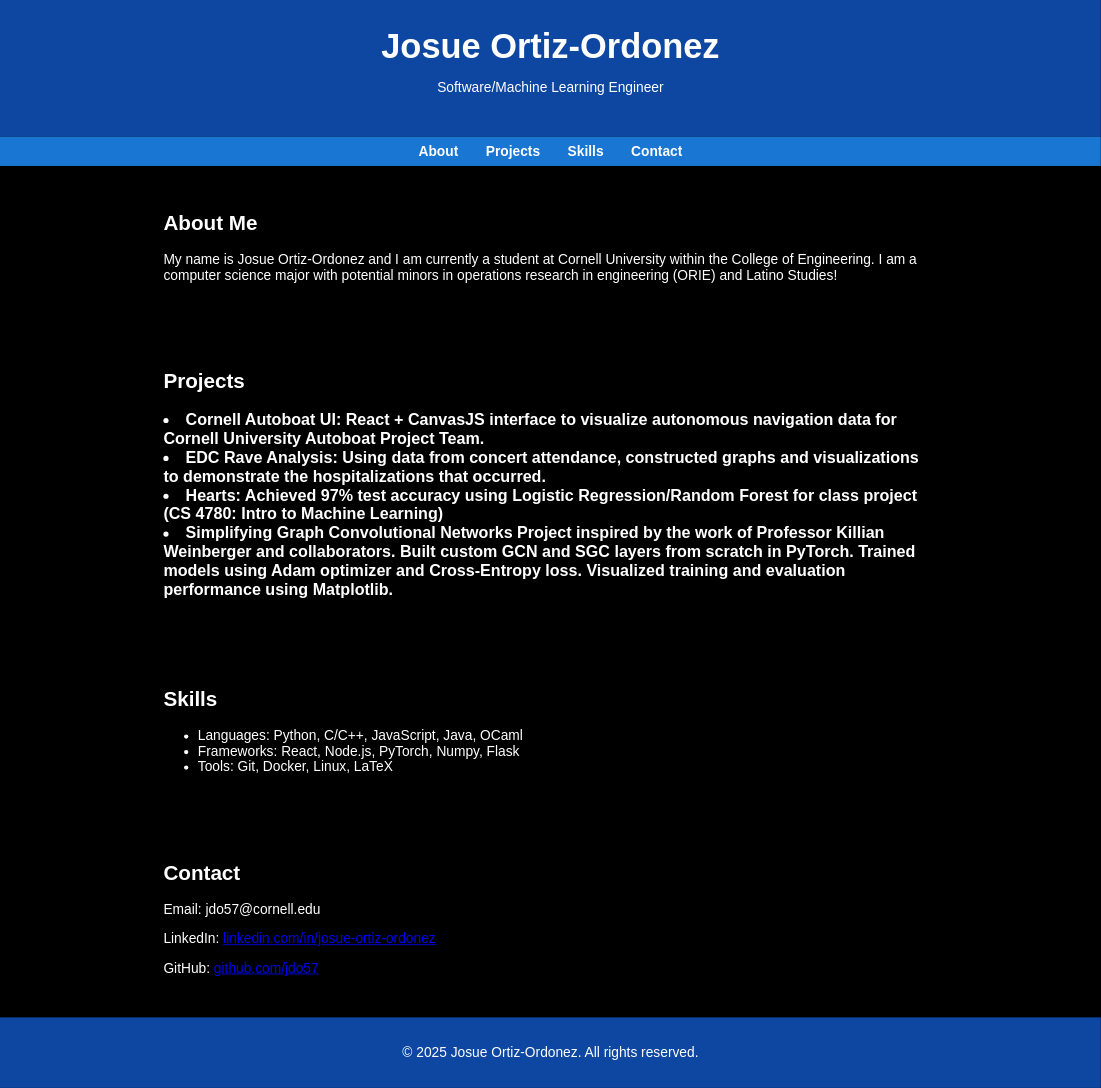
Repository: jdo57/Website
Page: index.html
These files come from the project's save history. The page is drawn as it stood at one moment and after a run of saves; the edit follows.
The browser window is 1280 px wide. The pictures show the whole page, at 86% of full size.

Above is the page before, as saved 2025-05-26 16:12:15.

### index.html
<!DOCTYPE html>
<html lang="en">
<head>
  <meta charset="UTF-8" />
  <meta name="viewport" content="width=device-width, initial-scale=1.0" />
  <title>Josue Ortiz-Ordonez | Portfolio</title>
  <style>
    :root {
      --primary-color: #0d47a1;
      --background-color: #000000;
      --text-color: #ffffff;
      --accent-color: #1976d2;
    }

    body {
      margin: 0;
      font-family: Arial, sans-serif;
      background-color: var(--background-color);
      color: var(--text-color);
    }

    header {
      background-color: var(--primary-color);
      padding: 2rem;
      text-align: center;
    }

    header h1 {
      margin: 0;
      font-size: 2.5rem;
    }

    nav {
      display: flex;
      justify-content: center;
      background-color: var(--accent-color);
      padding: 0.5rem;
    }

    nav a {
      margin: 0 1rem;
      color: white;
      text-decoration: none;
      font-weight: bold;
    }

    nav a:hover {
      text-decoration: underline;
    }

    section {
      padding: 2rem;
      max-width: 900px;
      margin: auto;
    }

    footer {
      background-color: var(--primary-color);
      color: white;
      text-align: center;
      padding: 1rem;
      position: relative;
    }

  </style>
</head>
<body>
  <header>
    <h1>Josue Ortiz-Ordonez</h1>
    <p>Software/Machine Learning Engineer</p>
  </header>

  <nav>
    <a href="#about">About</a>
    <a href="#projects">Projects</a>
    <a href="#skills">Skills</a>
    <a href="#contact">Contact</a>
  </nav>

  <section id="about">
    <h2>About Me</h2>
    <p>
      My name is Josue Ortiz-Ordonez and I am currently a student at Cornell University within
      the College of Engineering. I am a computer science major with potential minors in operations
      research in engineering (ORIE) and Latino Studies!
    </p>
  </section>

  <section id="projects">
    <h2>Projects</h2>
    <h3
    <ul>
      <li><strong>Cornell Autoboat UI:</strong> React + CanvasJS interface to visualize autonomous navigation data for Cornell University Autoboat Project Team.</li>
      <li><strong>EDC Rave Analysis:</strong>  Using data from concert attendance, constructed graphs and visualizations to demonstrate the hospitalizations that occurred.</li>
      <li><strong>Hearts:</strong> Achieved 97% test accuracy using Logistic Regression/Random Forest for
      class project (CS 4780: Intro to Machine Learning)</li>
      <li> <strong> Simplifying Graph Convolutional Networks</strong>
        Project inspired by the work of Professor Killian Weinberger and collaborators.
        Built custom GCN and SGC layers from scratch in PyTorch. Trained models using Adam optimizer and Cross-Entropy loss.
        Visualized training and evaluation performance using Matplotlib.
      </li>

    </ul>
  </section>

  <section id="skills">
    <h2>Skills</h2>
    <ul>
      <li>Languages: Python, C/C++, JavaScript, Java, OCaml</li>
      <li>Frameworks: React, Node.js, PyTorch, Numpy, Flask</li>
      <li>Tools: Git, Docker, Linux, LaTeX</li>
    </ul>
  </section>

  <section id="contact">
    <h2>Contact</h2>
    <p>Email: jdo57@cornell.edu</p>
    <p>LinkedIn: <a href="https://www.linkedin.com/in/josue-ortiz-ordonez/" target="_blank">linkedin.com/in/josue-ortiz-ordonez</a></p>
    <p>GitHub: <a href="https://github.com/jdo57" target="_blank">github.com/jdo57</a></p>
  </section>

  <footer>
    <p>&copy; 2025 Josue Ortiz-Ordonez. All rights reserved.</p>
  </footer>
</body>
</html>

After the next 2 saves:
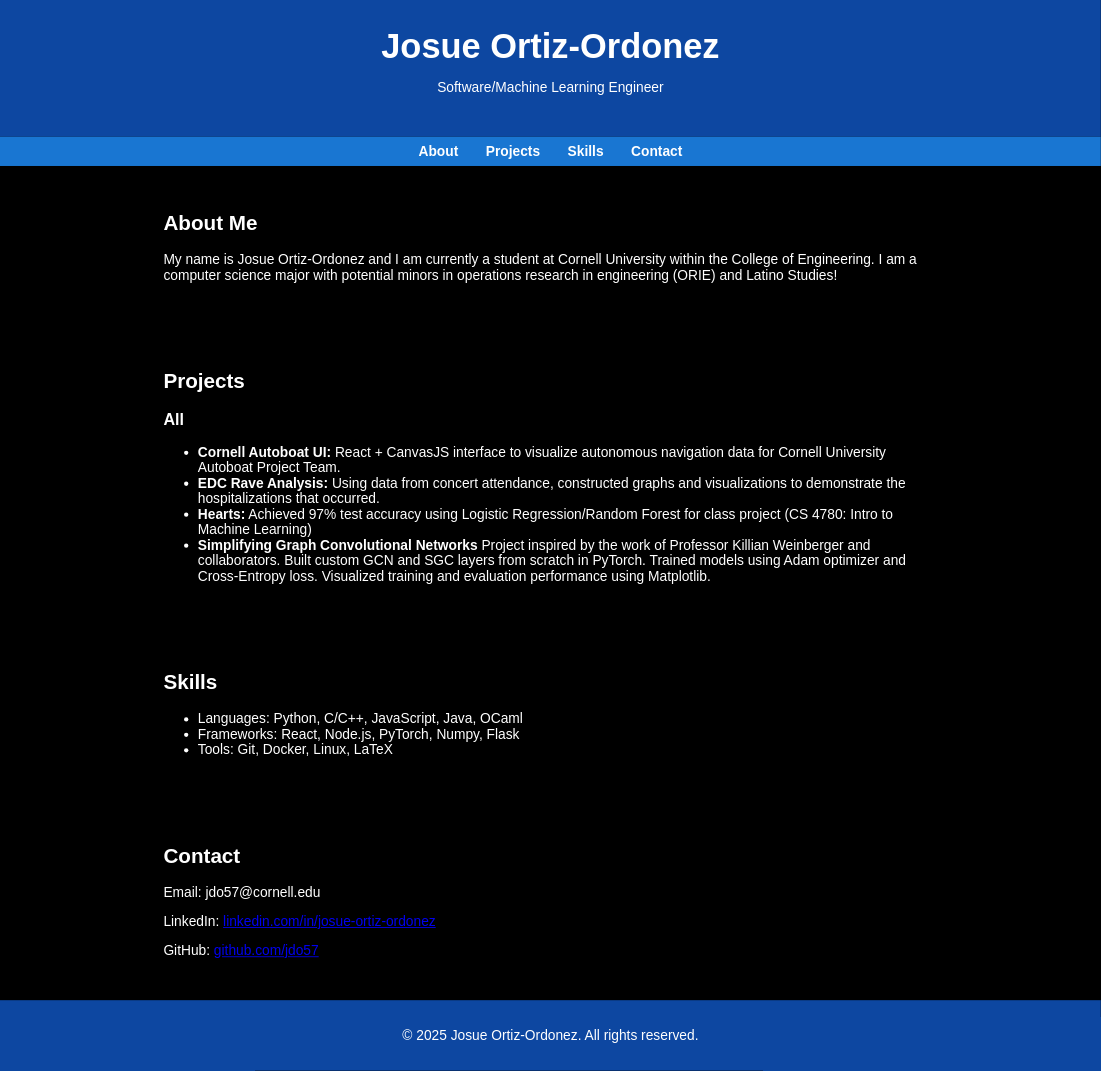
The 2 saves are shown as one change because they came seconds apart.
The last was saved 6 s later.
--- a/index.html
+++ b/index.html
@@ -88,7 +88,7 @@
 
   <section id="projects">
     <h2>Projects</h2>
-    <h3
+    <h3> All </h3>
     <ul>
       <li><strong>Cornell Autoboat UI:</strong> React + CanvasJS interface to visualize autonomous navigation data for Cornell University Autoboat Project Team.</li>
       <li><strong>EDC Rave Analysis:</strong>  Using data from concert attendance, constructed graphs and visualizations to demonstrate the hospitalizations that occurred.</li>
